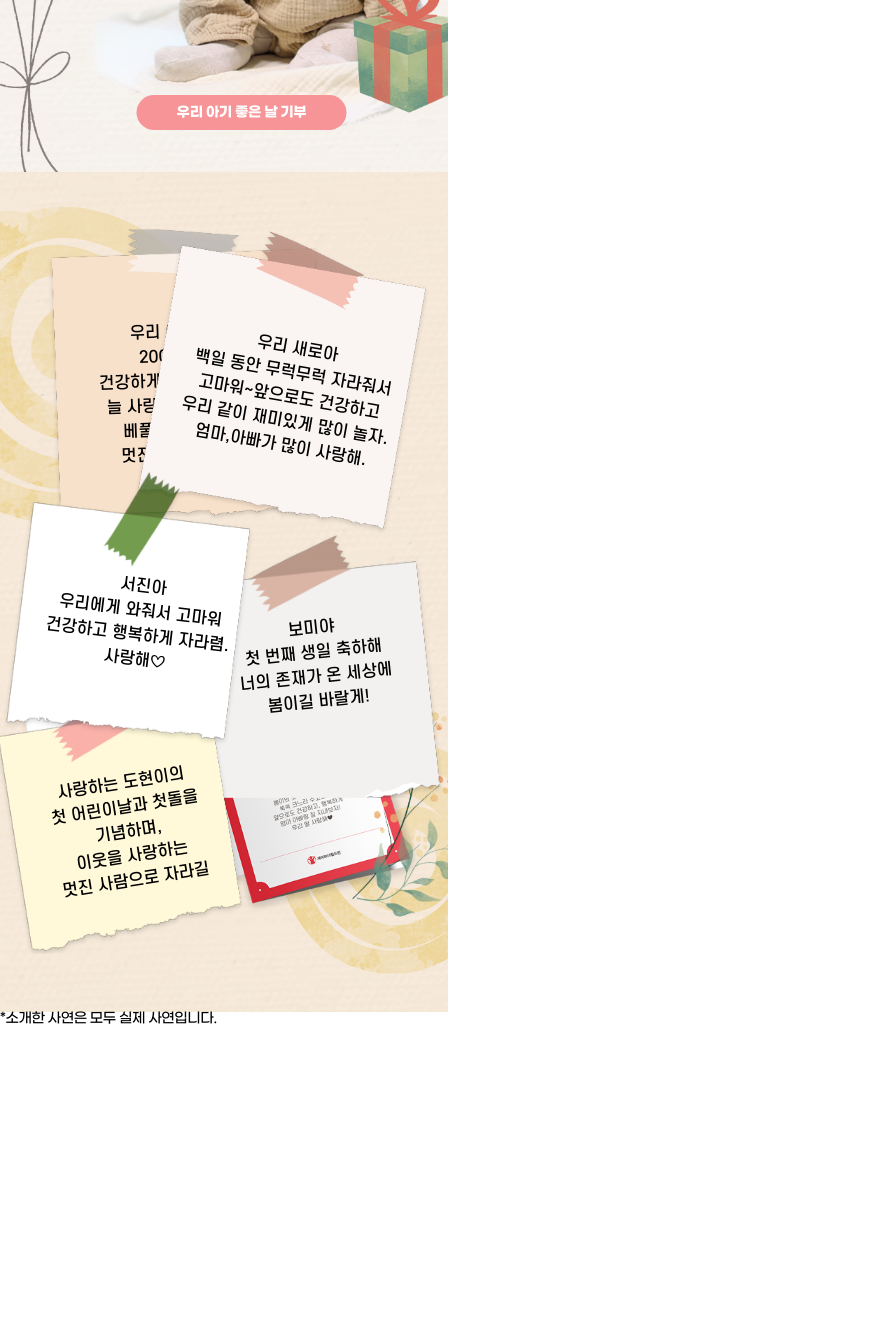
Repository: dlgywls1130/save_children_m
Page: index.html
These files come from the project's save history. The page is drawn as it stood at one moment and after the next save; the edit follows.
The browser window is 1280 px wide. The pictures show the part of the page from y = 694 to 2614 px (the page is 9658 px tall), at 70% of full size.

Above is the page before, as saved 2023-12-13 18:51:18.

### index.html
<!DOCTYPE html>
<html lang="en">
<head>
    <meta charset="UTF-8">
    <meta name="viewport" content="width=device-width, initial-scale=1.0">
    <title>세이브더칠드런</title>

    <link rel="stylesheet" href="./css/reset.css">
    <link rel="stylesheet" href="./css/style.css">

</head>
<body>
    <div class="content_body">
        <section class="section_wrapper section01">
            <div class="se01 se_wrapper">
                <div class="se01_sub">
                    <div class="sub_logo">
                        <img src="./img/logo01.png" alt="logo">
                    </div>
                    <p>우리 아기 좋은 날 기부</p>
                </div>
                <p class="seo01_title">
                    아가야,
                </p>
                <p class="seo01_title_two">
                    너의 <span id="rollingText">탄생</span> 순간을 축하해!
                </p>
                <p class="section_descript mb-45">
                    아이의 건강과 행복을
                    <br>바라는 마음을 담아,
                    <br>탄생, 백일, 첫 걸음마, 첫돌 등
                    <br>내 아이의 소중한 순간을
                    <br>기부로 기념해보세요.
                    <br>함께 자라나는 다른 아이들
                    <br>에게도 큰 축복이 됩니다..
                </p>

                <a class="donation_link" href="javascript:void(0)">우리 아기 좋은 날 기부</a>
            </div>
        </section>
        <section class="section_wrapper section02">
            <div class="se02 se_wrapper">
                <div class="postit_wrapper">
                    <div class="postit postit01">
                        <p>우리 아들 우현이의<br>
                        200일을 축하해.<br>
                        건강하게 자라줘서 고마워 ❤<br>
                        늘 사랑받고 받은 사랑만큼<br>
                        베풀 수 있는 건강하고<br>
                        멋진 아들이 되길 바래!</p>
                    </div>
                    <div class="postit postit02">
                        <p>우리 새로아<Br>
                        백일 동안 무럭무럭 자라줘서<Br>
                        고마워~앞으로도 건강하고<Br>
                        우리 같이 재미있게 많이 놀자.<Br>
                        엄마,아빠가 많이 사랑해.</p>
                    </div>
                    <div class="postit postit03">
                        <p>서진아<br>
                        우리에게 와줘서 고마워<br>
                        건강하고 행복하게 자라렴.<br>
                        사랑해♡      </p>
                    </div>
                    <div class="postit postit04">
                        <p>보미야<br>
                        첫 번째 생일 축하해<br>
                        너의 존재가 온 세상에<br>
                        봄이길 바랄게!   </p>
                    </div>
                    <div class="postit postit05">
                        <p>사랑하는 도현이의<br>
                        첫 어린이날과 첫돌을<br>
                        기념하며, <br>
                        이웃을 사랑하는<br>
                        멋진 사람으로 자라길</p>

                    </div>
                </div>
                <p class="ex_text">*소개한 사연은 모두 실제 사연입니다.</p>

            </div>
        </section>
        <section class="section_wrapper section03">
            <div class="se_wrapper se03">
                <div class="se_title_co">
                    아기의 좋은 날을 기념해 주신 모든 분들께
                    <br>후원감사증서를 보내드립니다.
                </div>
                <div class="se_sub_co">
                    후원감사증서는 아기에게 남기고 싶은 메시지와 아기의 좋은 날이 담긴 사진을 보관할 수 있도록
                    <br>만들어드립니다. 먼 훗날, 아기가 성장해 읽게 될 날을 그리며 편지를 써보세요.
                </div>
            </div>

        </section>
        <section class="section_wrapper section04">
            <div class="se_wrapper se04">
                <div class="se_title_co">
                    이름 자수 순면거즈블랭킷
                </div>
                <div class="se_sub_co">
                    30만원 이상 후원하신 분들께는 순면 거즈 아기 블랭킷(90*110)에
                    <Br>원하시는 이름(영문)을 예쁘게 수놓아 드립니다.
                </div>

                <div class="se04_slide mt-85">
                    <div class="se04_slide_list">
                        <img src="./img/slide01.jpg">
                    </div>
                    <div class="se04_slide_list">
                        <img src="./img/slide02.jpg">
                    </div>
                    <div class="se04_slide_list">
                        <img src="./img/slide03.jpg">
                    </div>
                </div>
            </div>
        </section>
        <section class="section_wrapper section05">
            <div class="se_wrapper se05">
                <div class="se_title_co">
                    후원신청 과정
                </div>

                <div class="se_step_list">
                    <div class="se_step">
                        <p class="step_number">1</p>
                        <div class="step_ico">
                            <img src="./img/icon01.png" alt="img">
                        </div>
                        <p class="step_descript">
                            후원신청하기
                        </p>
                    </div>
                    <div class="se_step">
                        <p class="step_number">2</p>
                        <div class="step_ico">
                            <img src="./img/icon02.png" alt="img">
                        </div>
                        <p class="step_descript">
                            후원감사증서
                            <br>메시지 적기
                        </p>
                    </div>
                    <div class="se_step">
                        <p class="step_number">3</p>
                        <div class="step_ico">
                            <img src="./img/icon03.png" alt="img">
                        </div>
                        <p class="step_descript">
                            신청완료
                        </p>
                    </div>
                    <div class="se_step">
                        <p class="step_number">4</p>
                        <div class="step_ico">
                            <img src="./img/icon04.png" alt="img">
                        </div>
                        <p class="step_descript">
                            후원감사증서 발송
                            <Br>(1주 이내)
                        </p>
                    </div>
                </div>

                <div class="se_sub_co mt-100">
                    30만원 이상 후원해 주신 경우,
                    <br>감사 선물 수령 주소 및 아기 블랭킷에 새겨질 문구 확인을 위한 문자가 발송됩니다.
                </div>

                <a class="donation_link" href="javascript:void(0)">우리 아기 좋은 날 기부</a>
            </div>

        </section>
        <section class="section_wrapper section06">
            <div class="se_wrapper se06">
                <div class="se_title_co">
                    후원금, 이렇게 쓰여요!
                </div>
                <div class="se_sub_co">
                    세이브더칠드런은 <span>국내외 아동을 위한 교육,
                    <Br>보호, 보건영양지원, 아동권리옹호</span> 등의 활동을 해나가고 있습니다.
                </div>
                <div class="se_sub_co">
                    보내주신 후원금은 정치, 종교, 인종에 관계없이 모든 아이를 구해야 한다는
                    <Br>세이브더칠드런의 신념에 따라 <span>가장 도움 필요한 아이를 위해 우선 사용</span>됩니다.
                </div>
            </div>

        </section>
        <section class="section_wrapper section07">
            <div class="se_wrapper se07">
                <div class="se_title_co">
                    FAQ
                </div>
                <div class="accordion">
                    <div class="accordion-item">
                        <h3 class="title">
                            <span>1. 30만원 이상 후원했습니다. 거즈 순면 블랭킷은 언제 오나요?</span>
                            <img src="./img/top.png">
                        </h3>
                        <p class="paragraph">
                            우리아기 축하기부로 30만원 이상 후원자님들께는 담요에 수놓을 아기 이름과
                            <Br>선물 수령 주소 확인을 위한 문자가 발송됩니다.
                            <br>02-6900-4479로 발송되는 문자 속 설문조사에 답해주세요.
                            <br>확인을 완료하신 분들께는 블랭킷 제작을 담당하고 있는 조니 스튜디오에서
                            <br>아기 이름 자수 작업 완료 후 배송해 드립니다.

                        </p>
                    </div>
                    <div class="accordion-item">
                        <h3 class="title">
                            <span>2. 거즈 순면 블랭킷, 안전한 제품인가요?</span>
                            <img src="./img/top.png">
                        </h3>
                        <p class="paragraph">
                            본 블랭킷은 워싱된 3중 거즈로 제작되었으며, KC안전검사를 완료하였습니다.
                            소재 특성상 섬유 조각이 발생할 수 있어 망에 넣지 않고 3번 정도 물빨래 하시는 것을 권장합니다.

                        </p>
                    </div>
                    <div class="accordion-item">
                        <h3 class="title">
                            <span>3. 거즈 순면 블랭킷을 받았는 데 하자가 있어요. 어떻게 해야 하나요? </span>
                            <img src="./img/top.png">
                        </h3>
                        <p class="paragraph">
                            070-4220-4123 (조니스튜디오 CS)로 전화 연락 부탁드립니다. 하자 물품에 대한 교환은 수령일로부터 7일 이내에 조니스튜디오에 연락해주셔야 하며, 이로 인한 후원금 환불은 어렵습니다.
                        </p>
                    </div>
                    <div class="accordion-item">
                        <h3 class="title">
                            <span>4. 후원감사증서에 넣을 수 있는 사진 사이즈는 얼마인가요?</span>
                            <img src="./img/top.png">
                        </h3>
                        <p class="paragraph">
                            사진 인화 사이즈 5*7 인치에 맞추어서 제작되었습니다.  그보다 작은 사진일 경우, 후원감사증서
                            내부의 주머니에 넣어 보관하실 수도  있습니다.

                        </p>
                    </div>
                </div>
            </div>

        </section>
        <section class="section_wrapper section08">
            <div class="se_wrapper se08">
                <div class="se08_postion">
                    <p class="se08_title">우리 아기 좋은 날 기부</p>
                    <p class="se08_descript">
                        탄생, 백일, 첫 걸음마, 첫돌...
                        <br>소중한 우리 아기의 성장을 기념해 보세요!
                        <br>아기의 좋은 날이 모여 세상의 행복이 됩니다.
                    </p>
                    <a href="javascript:void(0)" class="more_btn">
                        <p>자세히보기</p>
                        <svg xmlns="http://www.w3.org/2000/svg" width="16" height="16" fill="currentColor" class="bi bi-chevron-right" viewBox="0 0 16 16">
                            <path fill-rule="evenodd" d="M4.646 1.646a.5.5 0 0 1 .708 0l6 6a.5.5 0 0 1 0 .708l-6 6a.5.5 0 0 1-.708-.708L10.293 8 4.646 2.354a.5.5 0 0 1 0-.708z"/>
                        </svg>
                    </a>
                </div>

            </div>
        </section>
    </div>

    <script src="https://ajax.googleapis.com/ajax/libs/jquery/1.12.4/jquery.min.js"></script>
    <script src="./js/main.js"></script>
</body>
</html>

### css/style.css

/* root */
:root{
    --main-color:#B17A60;
    --pink-color:#F79497;
}


/* font */

/* dongle */
@font-face {
    font-family: 'Dongle';
    font-weight: 300;
    src: url('../font/Dongle-Light.ttf') format('ttf'),
    url('../font/Dongle-Light.woff') format('woff');
}

@font-face {
    font-family: 'Dongle';
    font-weight: 500;
    src: url('../font/Dongle-Regular.ttf') format('ttf'),
    url('../font/Dongle-Regular.woff') format('woff');
}

@font-face {
    font-family: 'Dongle';
    font-weight: 700;
    src: url('../font/Dongle-Bold.ttf') format('ttf'),
    url('../font/Dongle-Bold.woff') format('woff');
}


/* Gmarket */
@font-face {
    font-family: 'GmarketSans';
    font-weight: 300;
    src: url('../font/GmarketSansLight.ttf') format('ttf'),
    url('../font/GmarketSansLight.woff') format('woff');
}

@font-face {
    font-family: 'GmarketSans';
    font-weight: 500;
    src: url('../font/GmarketSansMedium.ttf') format('ttf'),
    url('../font/GmarketSansMedium.woff') format('woff');
}

@font-face {
    font-family: 'GmarketSans';
    font-weight: 700;
    src: url('../font/GmarketSansBold.ttf') format('ttf'),
    url('../font/GmarketSansBold.woff') format('woff');
}


/* nanumsqure */

@font-face {
    font-family: 'NanumSquare';
    font-weight: 400;
    src: url('../font/NanumSquareL.ttf') format('ttf'),
    url('../font/NanumSquareL.woff') format('woff');
}

@font-face {
    font-family: 'NanumSquare';
    font-weight: 500;
    src: url('../font/NanumSquareR.ttf') format('ttf'),
    url('../font/NanumSquareR.woff') format('woff');
}

@font-face {
    font-family: 'NanumSquare';
    font-weight: 600;
    src: url('../font/NanumSquareB.ttf') format('ttf'),
    url('../font/NanumSquareB.woff') format('woff');
}

@font-face {
    font-family: 'NanumSquare';
    font-weight: 700;
    src: url('../font/NanumSquareEB.ttf') format('ttf'),
    url('../font/NanumSquareEB.woff') format('woff');
}



/* scdream5 */
@font-face {
    font-family: 'SCDream5';
    src: url('../font/SCDream5.woff') format('woff'),
    url('../font/SCDream5.ttf') format('ttf'),
    url('../font/SCDream5.otf') format('otf');
}


.section_wrapper{
    max-width:1920px;
    width: 100%;

}

.se_wrapper{
    max-width: 640px;
    width: 100%;
    position: relative;
    box-sizing: border-box;
}


/* section01 */


.section01{
    background: url('../img/back01.jpg') no-repeat;
    height: 940px;

}

.se01{
    padding: 145px 10px 92px 60px;
    box-sizing: border-box;
}
.se01_sub{
    display: flex;
    align-items: center;
    margin-bottom: 70px;
}

.sub_logo{
    width: 125px;
    height: 40px;
    margin-right: 10px;
}

.sub_logo img{
    width: 100%;
    height: 100%;
    object-fit: contain;
}

.se01_sub p{
    width: 190px;
    height: 30px;
    background: #B17A60;
    border-radius: 15px;
    display: flex;
    align-items: center;
    justify-content: center;
    letter-spacing: -0.03em;
    font-size: 15px;
    font-weight: 700;
    font-family: 'GmarketSans',sans-serif;
    color: #fff;
}

.seo01_title{
    font-family: 'Dongle',sans-serif;
    font-weight: 500;
    font-size: 120px;
    color: var(--main-color);
    letter-spacing: -0.03em;
}

.seo01_title_two{
    font-family: 'Dongle',sans-serif;
    font-weight: 500;
    font-size: 90px;
    color: var(--main-color);
    letter-spacing: -0.03em;
    margin-top: -7%;
    margin-bottom: 50px;
    display: flex;
    align-items: center;
}

.seo01_title_two span{
    margin: 0 1.5rem;
}
.section_descript{
    font-size: 20x;
    line-height: 30px;
    font-family: 'GmarketSans';
    font-weight: 500;
    letter-spacing: -0.03em;
    color: #000;
}

.donation_link{
    width: 300px;
    height: 50px;
    border-radius: 100px;
    display: flex;
    align-items: center;
    justify-content: center;
    background: var(--pink-color);
    color: #fff;
    font-family: 'GmarketSans';
    font-size: 20px;
    font-weight: 700;
    letter-spacing: -0.03em;
    text-decoration: none;
    margin: 145px auto 0;
}


@keyframes roll {
    from {
        transform: translateY(40%);
        opacity: 0;
    }
    to {
        transform: translateY(0);
        opacity: 1;
    }
  }


  #rollingText.animate-text {
    animation: roll 0.5s ease-in-out;
}

/* section02 */

.section02{
    height: 2800px;
    background: url('../img/back03.jpg') no-repeat;
}

.se02{
    padding: 76px 0 96px;
    box-sizing: border-box;
    height: 100%;
}
.postit_wrapper{
    width: 100%;
    position: relative;
    height: 1123px;
}

.ex_text{
    font-family: 'GmarketSans';
    font-size: 20px;
    font-weight: 500;
    letter-spacing: -0.03em;
}

.postit {
    position: absolute;
}
.postit p{
    font-family: 'SCDream5';
    font-size: 23px;
    line-height: 35px;
    text-align: center;
    display: flex;
    justify-content: center;
    align-items: center;
    height: 100%;
}

.postit01{
    background:url('../img/post04.png') no-repeat;
    width: 438px;
    height: 438px;
    background-size: contain;
    box-sizing: border-box;
    left: 64px;
    top: 0;

}

.postit01 p{
    transform: rotate(358deg);
    padding-top: 20px;
}

.postit02{
    background: url('../img/post05.png') no-repeat;
    width: 450px;
    height: 450px;
    background-size: contain;
    box-sizing: border-box;
    top: 0;
    right: 0;

}

.postit02 p{
    transform: rotate(10deg);
    padding-top: 20px;
}

.postit03{
    background:url('../img/post02.png') no-repeat;
    width: 400px;
    height: 400px;
    background-size: contain;
    box-sizing: border-box;
    left: 0;
    top: 31%;
    z-index: 1;
}

.postit03 p{
    transform: rotate(7deg);
    padding-top: 20px;
}

.postit04{
    background: url(../img/post03.png) no-repeat;
    width: 380px;
    height: 380px;
    background-size: cover;
    box-sizing: border-box;
    top: 39%;
    right: 0;
}

.postit04 p{
    transform: rotate(354deg);
}

.postit05{
    background:url('../img/post01.png') no-repeat;
    width: 390px;
    height: 390px;
    background-size: contain;
    box-sizing: border-box;
    top: 58%;
    left: -13px;
}

.postit05 p{
    transform: rotate(-9deg);
    padding-top: 20px;
}

/* section03 */

.section03{
    height: 1340px;
    background: url('../img/back04.jpg') no-repeat;
}

.se03{
    padding: 123px 0 96px;
    box-sizing: border-box;
    height: 100%;
}


.se_title_co{
    font-size: 120px;
    line-height: 120px;
    letter-spacing: -0.03em;
    font-family: 'Dongle';
    font-weight: 500;
    color: var(--main-color);
    text-align: center;
}

.se_sub_co{
    font-size: 25px;
    letter-spacing: -0.03em;
    line-height: 50px;
    font-family: 'GmarketSans';
    font-weight: 500;
    text-align: center;
    margin-top: 50px;
}

/* section04 */

.section04{
    height: 1340px;
    background: url('../img/back05.jpg') no-repeat;
}

.se04{
    padding: 120px 0 130px;
    box-sizing: border-box;
    height: 100%;
}

.se04_slide{
    width: 944px;
    margin: 0 auto;
}


.slick-prev,
.slick-next {
    background: transparent;
    border: none;
    cursor: pointer;
    font-size: 0;
}

.slick-prev {

    width: 48px;
    height: 40px;
    position: absolute;
    left: -6%;
    top: 50%;
    transform: translateY(-50%);
    z-index: 1;
    background-size: contain;
}

.slick-next {

    width: 48px;
    height: 40px;
    position: absolute;
    right: -6%;
    top: 50%;
    transform: translateY(-50%);
    background-size: contain;
}

.slick-next  img,
.slick-prev img{
    width: 100%;
    height: 100%;
    object-fit: contain;
}

/* section05 */
.section05{
    height: 1080px;
    background: url('../img/back07.jpg') no-repeat;
}

.se05{
    padding: 150px 0 140px;
    box-sizing: border-box;
    height: 100%;
}

.se_step_list{
    display: flex;
    align-content: center;
    column-gap: 88px;
    margin-top: 90px;
    position: relative;
}

.se_step_list::after{
    position: absolute;
    content: '';
    top: 38%;
    transform: translate(0,-50%);
    border-top: 2px dashed var(--pink-color);
    width: 100%;
}

.se_step_list .se_step{
    position: relative;
}

.step_number{
    font-size: 25px;
    letter-spacing: -0.03em;
    line-height: 35px;
    font-weight: 700;
    font-family: 'GmarketSans';
    position: absolute;
    left: 19%;
    top: 0;
    color: var(--main-color);
    z-index: 2;
}

.se_step_list .se_step .step_ico{
    width: 200px;
    height: 200px;
    border-radius: 50%;
    background-color: #fff;
    display: flex;
    align-items: center;
    justify-content: center;
    position: relative;
    z-index: 1;
}

.se_step_list .se_step .step_ico img {
    width: 138px;
    height: 138px;
    object-fit: contain;
    object-position: 73%;
}

.step_descript{
    font-size: 20px;
    letter-spacing: -0.03em;
    line-height: 23px;
    font-weight: 500;
    font-family: 'GmarketSans';
    text-align: center;
    margin-top: 20px;
    color: var(--main-color);
}

.se_step_list .se_step:first-child .step_ico::before{
    display: none;
}

.se_step_list .se_step:last-child .step_ico::after{
    display: none;
}

.se_step_list .step_ico::before{
    position: absolute;
    content: '';
    top: 50%;
    left: -5px;
    transform: translate(0,-50%);
    width: 10px;
    height: 10px;
    border-radius: 50%;
    background-color: var(--pink-color);
}


.se_step_list .step_ico::after{
    position: absolute;
    content: '';
    top: 50%;
    right: -5px;
    transform: translate(0,-50%);
    width: 10px;
    height: 10px;
    border-radius: 50%;
    background-color: var(--pink-color);
}

/* section06 */
.section06{
    height:700px;
    background: url('../img/back06.jpg') no-repeat;
}

.se06{
    padding: 150px 0;
    height: 100%;
    box-sizing: border-box;
}


.se_sub_co span{
    font-weight: 700;
}
/* section07 */

.section07{
    height:1080px;
    background: url('../img/back02.jpg') no-repeat;
}

.se07{
    padding: 100px 0;
    height: 100%;
    box-sizing: border-box;
}


.accordion{
    margin-top: 80px;
}
.accordion-item {
    padding:15px 0;
    margin: 0;
    overflow: hidden;
}

.accordion-item .title {
    display: flex;
    justify-content: space-between;
    align-items: center;
    font-weight: 700;
    font-size: 30px;
    letter-spacing: -0.03em;
    cursor: pointer;
    width: 100%;
    height: 80px;
    border-radius: 50px;
    background-color: #fff;
    color: var(--main-color);
    padding: 0 30px;
    font-family: 'GmarketSans';
    box-sizing: border-box;
}

.accordion-item .title img {
    font-size: 0.9rem;
    color: #454545;
    transform: rotate(0);
    transition: transform 0.15s ease;
}

.accordion-item .paragraph {
    font-weight: 500;
    font-size: 25px;
    letter-spacing: -0.03em;
    color: #000;
    display: none;
    padding: 50px 70px 35px;
    list-style: inside;
    line-height: 50px;
    font-family: 'GmarketSans';
}

.accordion-item .paragraph .indent{
    text-indent: 1rem;
}


.accordion-item .paragraph span{
    font-weight: bold;
}

.accordion-item.active .title img{
    transform: rotate(180deg);
}

.accordion-item.active .paragraph {
    display: block;
}


/* section08 */

.section08{
    height:378px;
    background: url('../img/banner.jpg') no-repeat;
}
.se08{
    position: relative;
    height: 100%;
}

.se08_postion{
    position: absolute;
    top: 80px;
    left: 50%;
}

.se08_title{
    font-family: 'NanumSquare';
    font-weight: 600;
    font-size: 23px;
    letter-spacing: -0.05em;
    line-height: 50px;
    position: relative;
}

.se08_title::before{
    position: absolute;
    content: '';
    top: -7px;
    width: 32px;
    height: 3px;
    background-color:#543F2C;
    left: 0;
}

.se08_descript{
    font-family: 'NanumSquare';
    font-weight: 500;
    font-size: 19px;
    line-height: 28px;
    letter-spacing: -0.06em;
}

.more_btn{
    margin-top: 38px;
    width: 150px;
    height: 40px;
    background: #543F2C;
    display: flex;
    align-items: center;
    justify-content: center;
    text-decoration: none;
}

.more_btn p{
    font-family: 'NanumSquare';
    font-weight: 500;
    font-size: 18px;
    color: #fff;

}

.more_btn svg{
    fill: #fff;
}

Loaded but not shown: js/main.js (46 lines, source omitted); css/reset.css (45 lines, source omitted)

After the next save:
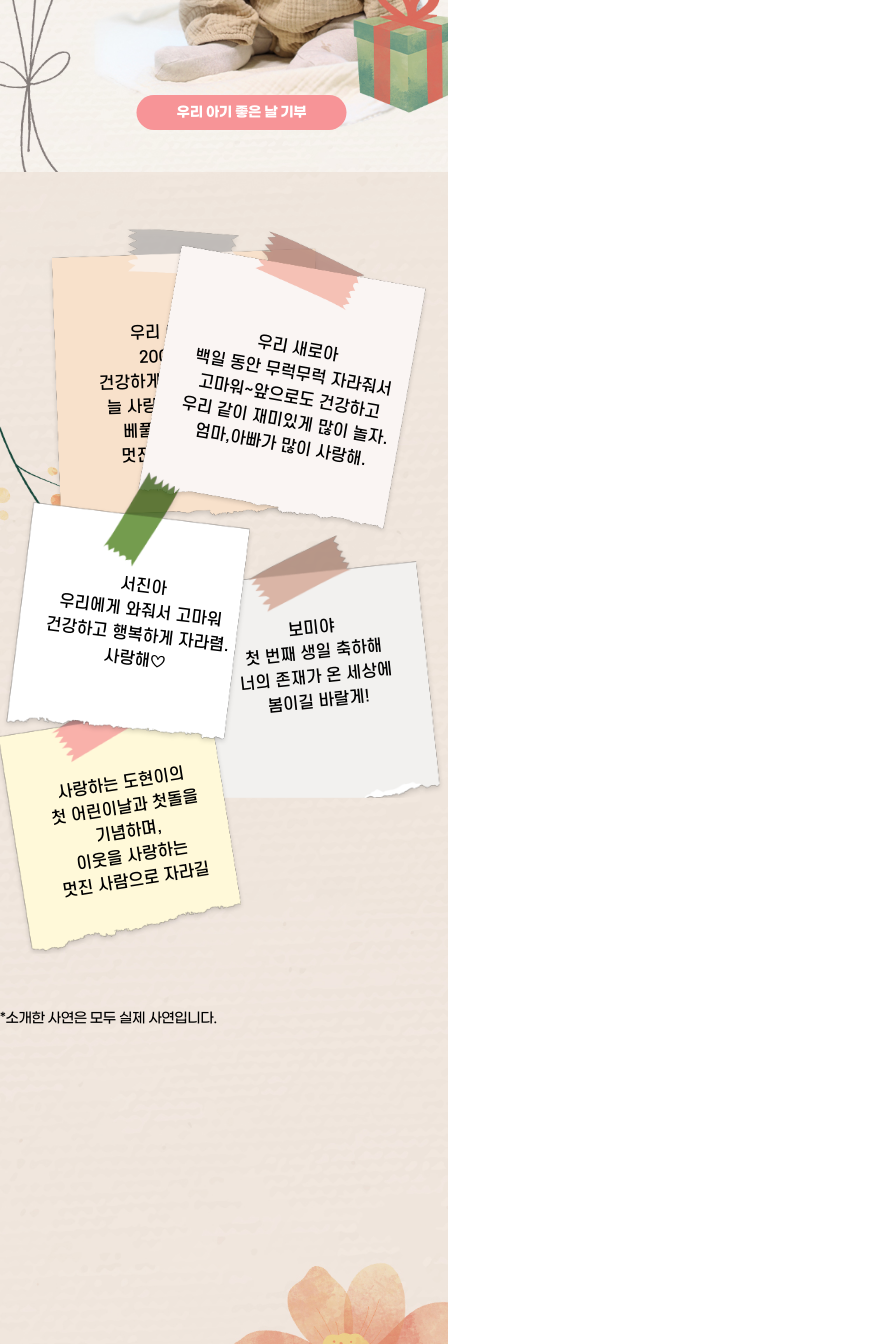
Saved 42 s later.
--- a/css/style.css
+++ b/css/style.css
@@ -225,7 +225,7 @@
 
 .section02{
     height: 2800px;
-    background: url('../img/back03.jpg') no-repeat;
+    background: url('../img/back02.jpg') no-repeat;
 }
 
 .se02{
